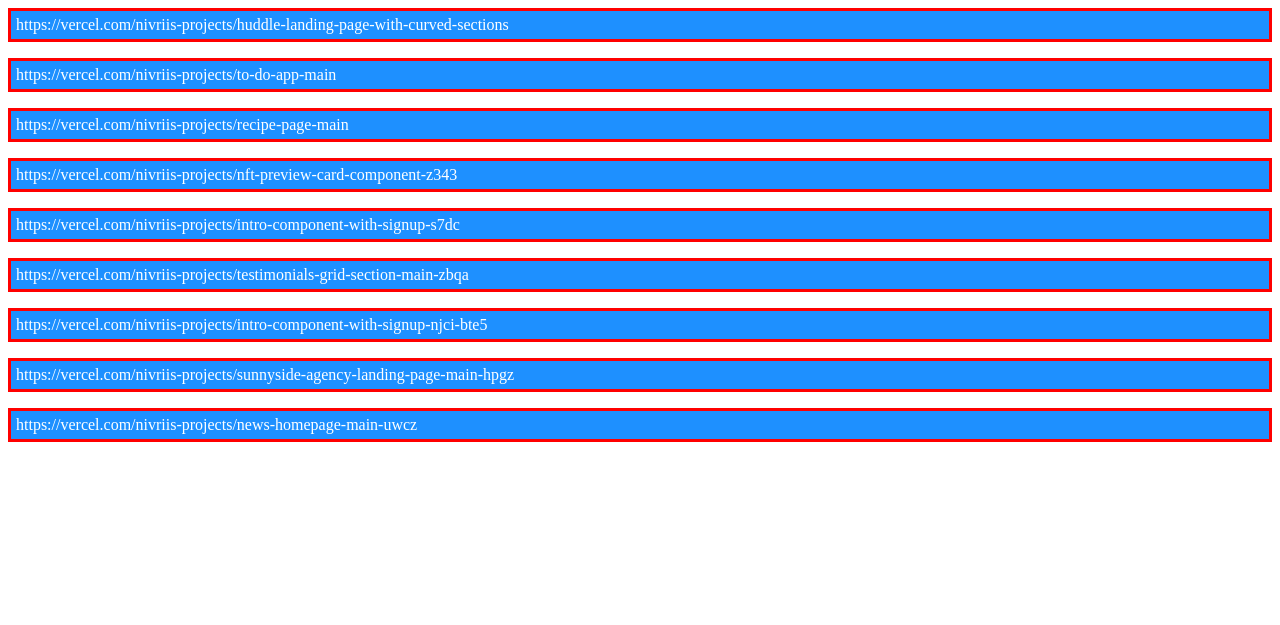
Repository: nivrii/links
Page: links.html
The author's editor kept a copy of each file at every save. The page is drawn from the files as they stood at one save, then again after the next save.
The browser window is 1280 px wide. The pictures show the whole page.

Above is the page before, as saved 2024-07-06 20:47:08.

After the next save:
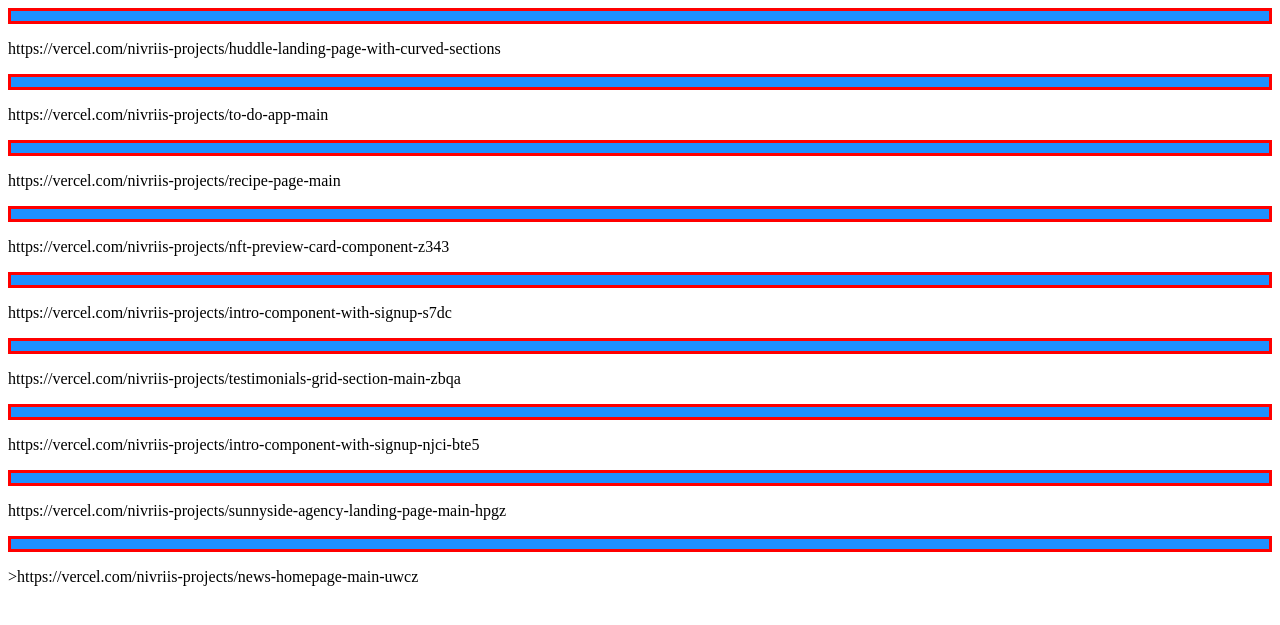
Saved 60 s later.
--- a/links.html
+++ b/links.html
@@ -20,14 +20,14 @@
   </style>
 </head>
 <body>
-  <a>https://vercel.com/nivriis-projects/huddle-landing-page-with-curved-sections</a>
-  <a>https://vercel.com/nivriis-projects/to-do-app-main</a>
-  <a>https://vercel.com/nivriis-projects/recipe-page-main</a>
-  <a>https://vercel.com/nivriis-projects/nft-preview-card-component-z343</a>
-  <a>https://vercel.com/nivriis-projects/intro-component-with-signup-s7dc</a>
-  <a>https://vercel.com/nivriis-projects/testimonials-grid-section-main-zbqa</a>
-  <a>https://vercel.com/nivriis-projects/intro-component-with-signup-njci-bte5</a>
-  <a>https://vercel.com/nivriis-projects/sunnyside-agency-landing-page-main-hpgz</a>
-  <a>https://vercel.com/nivriis-projects/news-homepage-main-uwcz</a>
+  <a href="#" target="_blank"></a>https://vercel.com/nivriis-projects/huddle-landing-page-with-curved-sections</>
+  <a href="#" target="_blank"></a>https://vercel.com/nivriis-projects/to-do-app-main</>
+  <a href="#" target="_blank"></a>https://vercel.com/nivriis-projects/recipe-page-main</>
+  <a href="#" target="_blank"></a>https://vercel.com/nivriis-projects/nft-preview-card-component-z343</>
+  <a href="#" target="_blank"></a>https://vercel.com/nivriis-projects/intro-component-with-signup-s7dc</>
+  <a href="#" target="_blank"></a>https://vercel.com/nivriis-projects/testimonials-grid-section-main-zbqa</>
+  <a href="#" target="_blank"></a>https://vercel.com/nivriis-projects/intro-component-with-signup-njci-bte5</>
+  <a href="#" target="_blank"></a>https://vercel.com/nivriis-projects/sunnyside-agency-landing-page-main-hpgz</>
+  <a href="#" target="_blank"></a>>https://vercel.com/nivriis-projects/news-homepage-main-uwcz</a>
 </body>
 </html>
